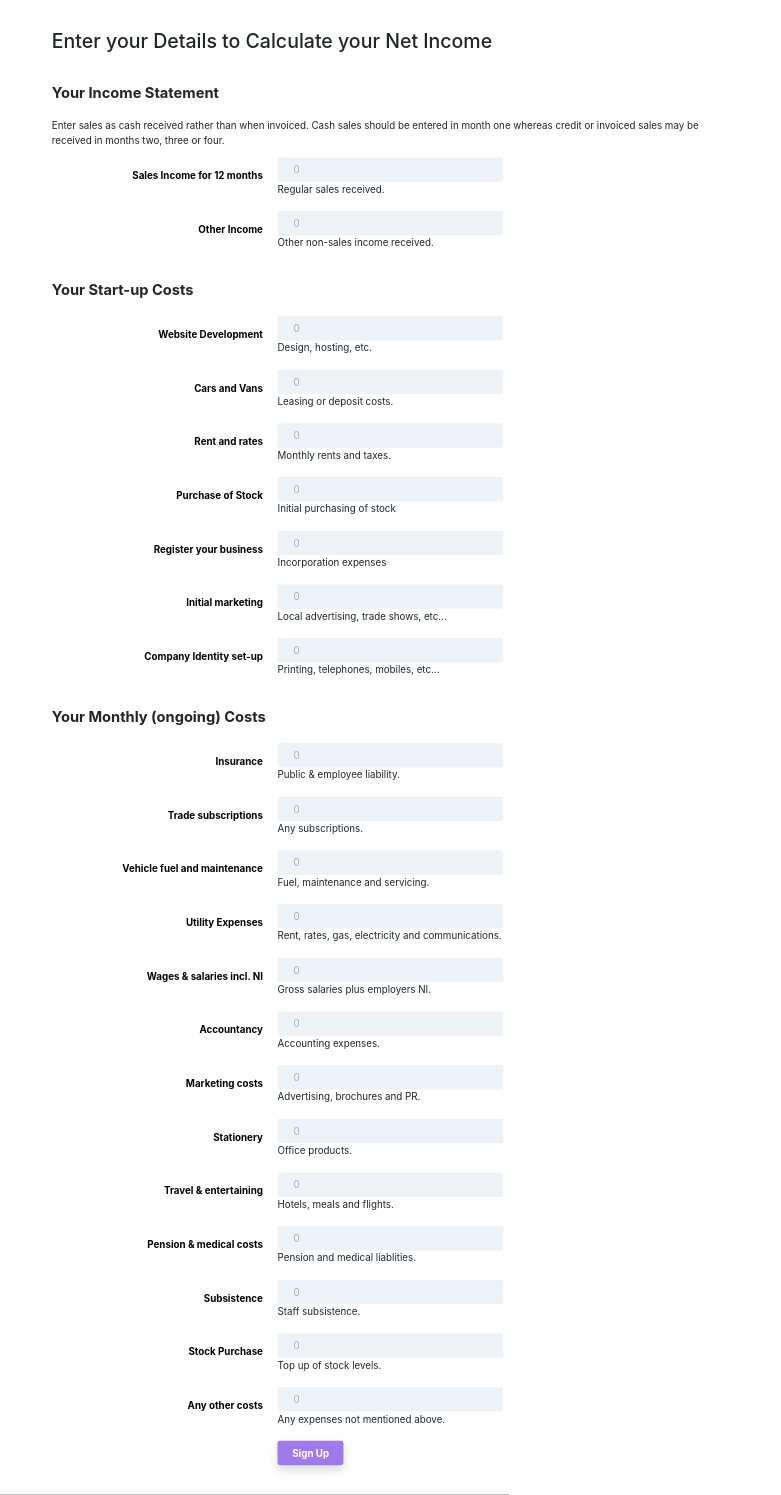
Repository: latenightsnacc/Financial-Forecast
Page: financial-forecast.html
The author's editor kept a copy of each file at every save. The page is drawn from the files as they stood at one save, then again after the next save.
The browser window is 1280 px wide. The pictures show the whole page, at 61% of full size.

Above is the page before, as saved 2020-11-15 19:03:47.

### financial-forecast.html
<!DOCTYPE html>
<html lang="en">
<head>
    <meta charset="UTF-8">
    <meta name="viewport" content="width=device-width, initial-scale=1.0">
    <!--Tailwind CDN-->
    <link rel="stylesheet" href="https://cdnjs.cloudflare.com/ajax/libs/tailwindcss/1.9.6/base.min.css" integrity="sha512-hEjkvMSM0ql6VJcNK0gTmjt9ar8F2yHeBUbJKtyvQhkkbGMhiJ4+MaiB8XxsthLAHJx5vy2I9dN0un8HiWG2LA==" crossorigin="anonymous" />
    <link rel="stylesheet" href="https://cdnjs.cloudflare.com/ajax/libs/tailwindcss/1.9.6/components.min.css" integrity="sha512-TizAONqhvXjEfRPhptSUkZNVU497PzAnXNGNUoeOjeni4dHpJ+ak+ZsyoGna20LH/yg1PvdufN1VbnVQeVDftg==" crossorigin="anonymous" />
    <link rel="stylesheet" href="https://cdnjs.cloudflare.com/ajax/libs/tailwindcss/1.9.6/tailwind.css" integrity="sha512-HY1FOTeAX9idUBWDhVDrBg8QUHBisKVQ4BCVj1jFo5z76mk87w4Rr5YGP8nBkcGmoMzqYvdeXHMOg/olF45z3g==" crossorigin="anonymous" />
    <link rel="stylesheet" href="https://cdnjs.cloudflare.com/ajax/libs/tailwindcss/1.9.6/utilities.min.css" integrity="sha512-0QJfuLKyYJWGB5hKArJW67xqMLDlR8YaLM/ZuW2mRn4NRwHNsGm7UuREc5Fu7jONHyewPKnGODY0N8G+FQbfxg==" crossorigin="anonymous" />
    <!--Bootstrap CDN-->
    <link rel="stylesheet" href="https://cdn.jsdelivr.net/npm/bootstrap@4.5.3/dist/css/bootstrap.min.css" integrity="sha384-TX8t27EcRE3e/ihU7zmQxVncDAy5uIKz4rEkgIXeMed4M0jlfIDPvg6uqKI2xXr2" crossorigin="anonymous">
    <title>Financial Forecast |Resaads Consults - Think Millenial</title>
</head>
<body class="bg-black">
    <div class="container">
        <!--Navigation-->
    </div>
    <div class="wrapper py-5 bg-white">
        <div class="container">
            <h2 class="title">Enter your Details to Calculate your Net Income</h2>
        </div>
        <div class="container">
            <!--FORM-->
            <form class="w-full max-w-none">
            <!--NET INCOME-->
                <div class="font-bold text-2xl mt-5 mb-6">Your Income Statement</div>
                <p>Enter sales as cash received rather than when invoiced. Cash sales should be entered in month one whereas credit or invoiced sales may be received in months two, three or four.</p>
                <!--Sales Income-->
                <div class="md:flex md:items-center mb-6">
                  <div class="md:w-1/3">
                    <label class="block text-black font-bold md:text-right mb-1 md:mb-0 pr-4" for="inline-full-name" placeholder="0">
                      Sales Income for 12 months
                    </label>
                  </div>
                  <div class="md:w-1/3">
                    <input class="bg-gray-200 appearance-none border-2 border-gray-200 rounded w-full py-2 px-4 text-gray-700 leading-tight focus:outline-none focus:bg-white focus:border-grey-500" id="inline-full-name" type="text" placeholder="0">
                    <span class="eg">Regular sales received.</span>
                </div>
                </div>
                <!--Other Income-->
                <div class="md:flex md:items-center mb-6">
                    <div class="md:w-1/3">
                      <label class="block text-black font-bold md:text-right mb-1 md:mb-0 pr-4" for="inline-full-name" placeholder="0">
                        Other Income
                      </label>
                    </div>
                    <div class="md:w-1/3">
                      <input class="bg-gray-200 appearance-none border-2 border-gray-200 rounded w-full py-2 px-4 text-gray-700 leading-tight focus:outline-none focus:bg-white focus:border-grey-500" id="inline-full-name" type="text" placeholder="0">
                      <span class="eg">Other non-sales income received.</span>
                    </div>
                </div>
            <!--STARTUP COSTS-->
                <div class="title font-bold text-2xl mt-5 mb-6">Your Start-up Costs</div>
                <!--Website Development-->
                <div class="md:flex md:items-center mb-6">
                    <div class="md:w-1/3">
                        <label class="block text-black font-bold md:text-right mb-1 md:mb-0 pr-4" for="inline-full-name" placeholder="0">
                            Website Development
                        </label>
                    </div>
                    <div class="md:w-1/3">
                        <input class="bg-gray-200 appearance-none border-2 border-gray-200 rounded w-full py-2 px-4 text-gray-700 leading-tight focus:outline-none focus:bg-white focus:border-grey-500" id="inline-full-name" type="text" placeholder="0">
                        <span class="eg">Design, hosting, etc.</span>
                    </div>
                </div>
                <!--Website Development-->
                <div class="md:flex md:items-center mb-6">
                    <div class="md:w-1/3">
                        <label class="block text-black font-bold md:text-right mb-1 md:mb-0 pr-4" for="inline-full-name" placeholder="0">
                            Cars and Vans
                        </label>
                    </div>
                    <div class="md:w-1/3">
                        <input class="bg-gray-200 appearance-none border-2 border-gray-200 rounded w-full py-2 px-4 text-gray-700 leading-tight focus:outline-none focus:bg-white focus:border-grey-500" id="inline-full-name" type="text" placeholder="0">
                        <span class="eg">Leasing or deposit costs.</span>
                    </div>
                </div>
                <!--Website Development-->
                <div class="md:flex md:items-center mb-6">
                    <div class="md:w-1/3">
                        <label class="block text-black font-bold md:text-right mb-1 md:mb-0 pr-4" for="inline-full-name" placeholder="0">
                            Rent and rates
                        </label>
                    </div>
                    <div class="md:w-1/3">
                        <input class="bg-gray-200 appearance-none border-2 border-gray-200 rounded w-full py-2 px-4 text-gray-700 leading-tight focus:outline-none focus:bg-white focus:border-grey-500" id="inline-full-name" type="text" placeholder="0">
                        <span class="eg">Monthly rents and taxes.</span>
                    </div>

                </div>
                <!--Website Development-->
                <div class="md:flex md:items-center mb-6">
                    <div class="md:w-1/3">
                        <label class="block text-black font-bold md:text-right mb-1 md:mb-0 pr-4" for="inline-full-name" placeholder="0">
                            Purchase of Stock
                        </label>
                    </div>
                    <div class="md:w-1/3">
                        <input class="bg-gray-200 appearance-none border-2 border-gray-200 rounded w-full py-2 px-4 text-gray-700 leading-tight focus:outline-none focus:bg-white focus:border-grey-500" id="inline-full-name" type="text" placeholder="0">
                        <span class="eg">Initial purchasing of stock</span>
                    </div>

                </div>
                <!--Website Development-->
                <div class="md:flex md:items-center mb-6">
                    <div class="md:w-1/3">
                        <label class="block text-black font-bold md:text-right mb-1 md:mb-0 pr-4" for="inline-full-name" placeholder="0">
                            Register your business
                        </label>
                    </div>
                    <div class="md:w-1/3">
                        <input class="bg-gray-200 appearance-none border-2 border-gray-200 rounded w-full py-2 px-4 text-gray-700 leading-tight focus:outline-none focus:bg-white focus:border-grey-500" id="inline-full-name" type="text" placeholder="0">
                        <span class="eg">Incorporation expenses</span>
                    </div>

                </div>
                <!--Website Development-->
                <div class="md:flex md:items-center mb-6">
                    <div class="md:w-1/3">
                        <label class="block text-black font-bold md:text-right mb-1 md:mb-0 pr-4" for="inline-full-name" placeholder="0">
                            Initial marketing
                        </label>
                    </div>
                    <div class="md:w-1/3">
                        <input class="bg-gray-200 appearance-none border-2 border-gray-200 rounded w-full py-2 px-4 text-gray-700 leading-tight focus:outline-none focus:bg-white focus:border-grey-500" id="inline-full-name" type="text" placeholder="0">
                        <span class="eg">Local advertising, trade shows, etc...</span>
                    </div>
                </div>
                <!--Website Development-->
                <div class="md:flex md:items-center mb-6">
                    <div class="md:w-1/3">
                        <label class="block text-black font-bold md:text-right mb-1 md:mb-0 pr-4" for="inline-full-name" placeholder="0">
                            Company Identity set-up
                        </label>
                    </div>
                    <div class="md:w-1/3">
                        <input class="bg-gray-200 appearance-none border-2 border-gray-200 rounded w-full py-2 px-4 text-gray-700 leading-tight focus:outline-none focus:bg-white focus:border-grey-500" id="inline-full-name" type="text" placeholder="0">
                        <span class="eg">Printing, telephones, mobiles, etc...</span>
                    </div>
                </div>
            <!--MONTHLY COSTS-->
                <div class="title font-bold text-2xl mt-5 mb-6">Your Monthly (ongoing) Costs</div>
                <!--Website Development-->
                <div class="md:flex md:items-center mb-6">
                    <div class="md:w-1/3">
                        <label class="block text-black font-bold md:text-right mb-1 md:mb-0 pr-4" for="inline-full-name" placeholder="0">
                            Insurance
                        </label>
                    </div>
                    <div class="md:w-1/3">
                        <input class="bg-gray-200 appearance-none border-2 border-gray-200 rounded w-full py-2 px-4 text-gray-700 leading-tight focus:outline-none focus:bg-white focus:border-grey-500" id="inline-full-name" type="text" placeholder="0">
                        <span class="eg">Public & employee liability.</span>
                    </div>
                </div>
                <!--Website Development-->
                <div class="md:flex md:items-center mb-6">
                    <div class="md:w-1/3">
                        <label class="block text-black font-bold md:text-right mb-1 md:mb-0 pr-4" for="inline-full-name" placeholder="0">
                            Trade subscriptions
                        </label>
                    </div>
                    <div class="md:w-1/3">
                        <input class="bg-gray-200 appearance-none border-2 border-gray-200 rounded w-full py-2 px-4 text-gray-700 leading-tight focus:outline-none focus:bg-white focus:border-grey-500" id="inline-full-name" type="text" placeholder="0">
                        <span class="eg">Any subscriptions.</span>
                    </div>
                </div>
                <!--Website Development-->
                <div class="md:flex md:items-center mb-6">
                    <div class="md:w-1/3">
                        <label class="block text-black font-bold md:text-right mb-1 md:mb-0 pr-4" for="inline-full-name" placeholder="0">
                            Vehicle fuel and maintenance
                        </label>
                    </div>
                    <div class="md:w-1/3">
                        <input class="bg-gray-200 appearance-none border-2 border-gray-200 rounded w-full py-2 px-4 text-gray-700 leading-tight focus:outline-none focus:bg-white focus:border-grey-500" id="inline-full-name" type="text" placeholder="0">
                        <span class="eg">Fuel, maintenance and servicing.</span>
                    </div>

                </div>
                <!--Website Development-->
                <div class="md:flex md:items-center mb-6">
                    <div class="md:w-1/3">
                        <label class="block text-black font-bold md:text-right mb-1 md:mb-0 pr-4" for="inline-full-name" placeholder="0">
                            Utility Expenses
                        </label>
                    </div>
                    <div class="md:w-1/3">
                        <input class="bg-gray-200 appearance-none border-2 border-gray-200 rounded w-full py-2 px-4 text-gray-700 leading-tight focus:outline-none focus:bg-white focus:border-grey-500" id="inline-full-name" type="text" placeholder="0">
                        <span class="eg">Rent, rates, gas, electricity and communications.</span>
                    </div>

                </div>
                <!--Website Development-->
                <div class="md:flex md:items-center mb-6">
                    <div class="md:w-1/3">
                        <label class="block text-black font-bold md:text-right mb-1 md:mb-0 pr-4" for="inline-full-name" placeholder="0">
                            Wages & salaries incl. NI
                        </label>
                    </div>
                    <div class="md:w-1/3">
                        <input class="bg-gray-200 appearance-none border-2 border-gray-200 rounded w-full py-2 px-4 text-gray-700 leading-tight focus:outline-none focus:bg-white focus:border-grey-500" id="inline-full-name" type="text" placeholder="0">
                        <span class="eg">Gross salaries plus employers NI.</span>
                    </div>

                </div>
                <!--Website Development-->
                <div class="md:flex md:items-center mb-6">
                    <div class="md:w-1/3">
                        <label class="block text-black font-bold md:text-right mb-1 md:mb-0 pr-4" for="inline-full-name" placeholder="0">
                            Accountancy
                        </label>
                    </div>
                    <div class="md:w-1/3">
                        <input class="bg-gray-200 appearance-none border-2 border-gray-200 rounded w-full py-2 px-4 text-gray-700 leading-tight focus:outline-none focus:bg-white focus:border-grey-500" id="inline-full-name" type="text" placeholder="0">
                        <span class="eg">Accounting expenses.</span>
                    </div>
                </div>
                <!--Website Development-->
                <div class="md:flex md:items-center mb-6">
                    <div class="md:w-1/3">
                        <label class="block text-black font-bold md:text-right mb-1 md:mb-0 pr-4" for="inline-full-name" placeholder="0">
                           Marketing costs
                        </label>
                    </div>
                    <div class="md:w-1/3">
                        <input class="bg-gray-200 appearance-none border-2 border-gray-200 rounded w-full py-2 px-4 text-gray-700 leading-tight focus:outline-none focus:bg-white focus:border-grey-500" id="inline-full-name" type="text" placeholder="0">
                        <span class="eg">Advertising, brochures and PR.</span>
                    </div>
                </div>
                <!--Website Development-->
                <div class="md:flex md:items-center mb-6">
                    <div class="md:w-1/3">
                        <label class="block text-black font-bold md:text-right mb-1 md:mb-0 pr-4" for="inline-full-name" placeholder="0">
                            Stationery
                        </label>
                    </div>
                    <div class="md:w-1/3">
                        <input class="bg-gray-200 appearance-none border-2 border-gray-200 rounded w-full py-2 px-4 text-gray-700 leading-tight focus:outline-none focus:bg-white focus:border-grey-500" id="inline-full-name" type="text" placeholder="0">
                        <span class="eg">Office products.</span>
                    </div>
                </div>
                <!--Website Development-->
                <div class="md:flex md:items-center mb-6">
                    <div class="md:w-1/3">
                        <label class="block text-black font-bold md:text-right mb-1 md:mb-0 pr-4" for="inline-full-name" placeholder="0">
                            Travel & entertaining
                        </label>
                    </div>
                    <div class="md:w-1/3">
                        <input class="bg-gray-200 appearance-none border-2 border-gray-200 rounded w-full py-2 px-4 text-gray-700 leading-tight focus:outline-none focus:bg-white focus:border-grey-500" id="inline-full-name" type="text" placeholder="0">
                        <span class="eg">Hotels, meals and flights.</span>
                    </div>
                </div>
                <!--Website Development-->
                <div class="md:flex md:items-center mb-6">
                    <div class="md:w-1/3">
                        <label class="block text-black font-bold md:text-right mb-1 md:mb-0 pr-4" for="inline-full-name" placeholder="0">
                            Pension & medical costs
                        </label>
                    </div>
                    <div class="md:w-1/3">
                        <input class="bg-gray-200 appearance-none border-2 border-gray-200 rounded w-full py-2 px-4 text-gray-700 leading-tight focus:outline-none focus:bg-white focus:border-grey-500" id="inline-full-name" type="text" placeholder="0">
                        <span class="eg">Pension and medical liablities.</span>
                    </div>
                </div>
                <!--Website Development-->
                <div class="md:flex md:items-center mb-6">
                    <div class="md:w-1/3">
                        <label class="block text-black font-bold md:text-right mb-1 md:mb-0 pr-4" for="inline-full-name" placeholder="0">
                            Subsistence
                        </label>
                    </div>
                    <div class="md:w-1/3">
                        <input class="bg-gray-200 appearance-none border-2 border-gray-200 rounded w-full py-2 px-4 text-gray-700 leading-tight focus:outline-none focus:bg-white focus:border-grey-500" id="inline-full-name" type="text" placeholder="0">
                        <span class="eg">Staff subsistence.</span>
                    </div>
                </div>
                <!--Website Development-->
                <div class="md:flex md:items-center mb-6">
                    <div class="md:w-1/3">
                        <label class="block text-black font-bold md:text-right mb-1 md:mb-0 pr-4" for="inline-full-name" placeholder="0">
                            Stock Purchase
                        </label>
                    </div>
                    <div class="md:w-1/3">
                        <input class="bg-gray-200 appearance-none border-2 border-gray-200 rounded w-full py-2 px-4 text-gray-700 leading-tight focus:outline-none focus:bg-white focus:border-grey-500" id="inline-full-name" type="text" placeholder="0">
                        <span class="eg">Top up of stock levels.</span>
                    </div>
                </div>
                <!--Website Development-->
                <div class="md:flex md:items-center mb-6">
                    <div class="md:w-1/3">
                        <label class="block text-black font-bold md:text-right mb-1 md:mb-0 pr-4" for="inline-full-name" placeholder="0">
                            Any other costs
                        </label>
                    </div>
                    <div class="md:w-1/3">
                        <input class="bg-gray-200 appearance-none border-2 border-gray-200 rounded w-full py-2 px-4 text-gray-700 leading-tight focus:outline-none focus:bg-white focus:border-grey-500" id="inline-full-name" type="text" placeholder="0">
                        <span class="eg">Any expenses not mentioned above.</span>
                    </div>
                </div>
                <!--Calculate Button-->
                <div class="md:flex md:items-center">
                    <div class="md:w-1/3"></div>
                    <div class="md:w-2/3">
                      <button class="shadow bg-purple-500 hover:bg-purple-400 focus:shadow-outline focus:outline-none text-white font-bold py-2 px-4 rounded" type="button">
                        Sign Up
                      </button>
                    </div>
                  </div>
            </form>
        </div>
    </div>
    <!--Bootstrap Scripts-->
    <script src="https://code.jquery.com/jquery-3.5.1.slim.min.js" integrity="sha384-DfXdz2htPH0lsSSs5nCTpuj/zy4C+OGpamoFVy38MVBnE+IbbVYUew+OrCXaRkfj" crossorigin="anonymous"></script>
    <script src="https://cdn.jsdelivr.net/npm/popper.js@1.16.1/dist/umd/popper.min.js" integrity="sha384-9/reFTGAW83EW2RDu2S0VKaIzap3H66lZH81PoYlFhbGU+6BZp6G7niu735Sk7lN" crossorigin="anonymous"></script>
    <script src="https://cdn.jsdelivr.net/npm/bootstrap@4.5.3/dist/js/bootstrap.min.js" integrity="sha384-w1Q4orYjBQndcko6MimVbzY0tgp4pWB4lZ7lr30WKz0vr/aWKhXdBNmNb5D92v7s" crossorigin="anonymous"></script>
</body>
</html>

After the next save:
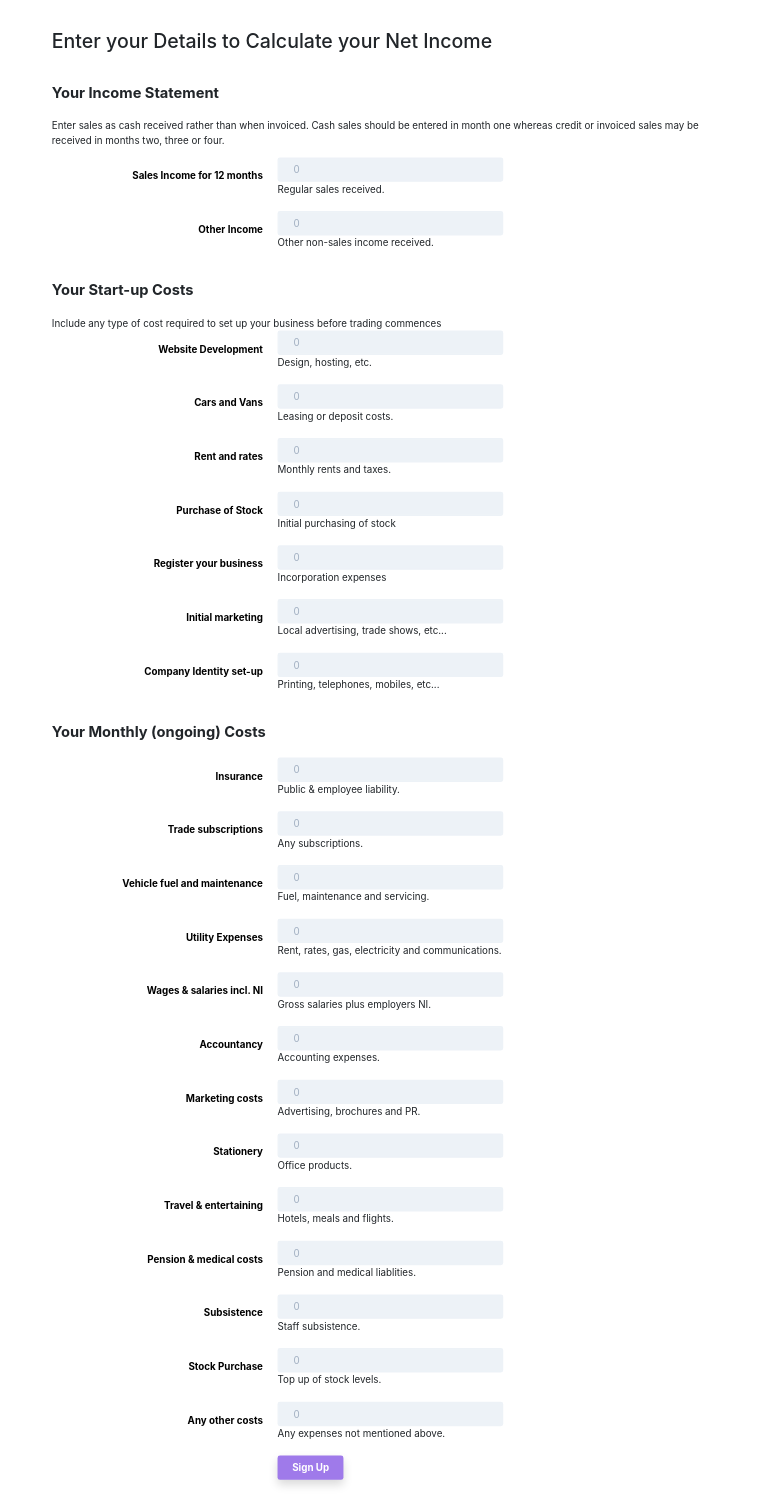
Saved 53 s later.
--- a/financial-forecast.html
+++ b/financial-forecast.html
@@ -52,6 +52,7 @@
                 </div>
             <!--STARTUP COSTS-->
                 <div class="title font-bold text-2xl mt-5 mb-6">Your Start-up Costs</div>
+                Include any type of cost required to set up your business before trading commences
                 <!--Website Development-->
                 <div class="md:flex md:items-center mb-6">
                     <div class="md:w-1/3">
